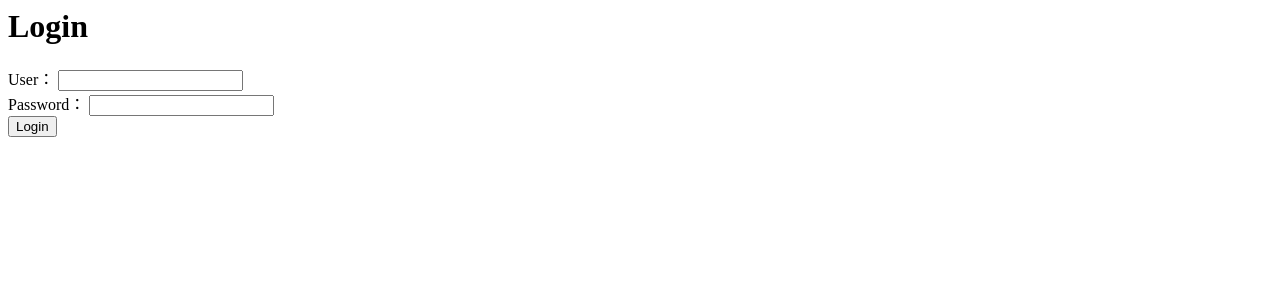
Repository: adamjeffrey871/csc4710
Page: http://localhost/CSC4710Demo/jsps/user/databaseoptions.jsp
The author's editor kept a copy of each file at every save. The page is drawn from the files as they stood at one save, then again after the next save.
The browser window is 1280 px wide. The pictures show the whole page.
The page is served by Tomcat 9.

Above is the page before, as saved 2018-07-01 20:13:44.

After the next save:
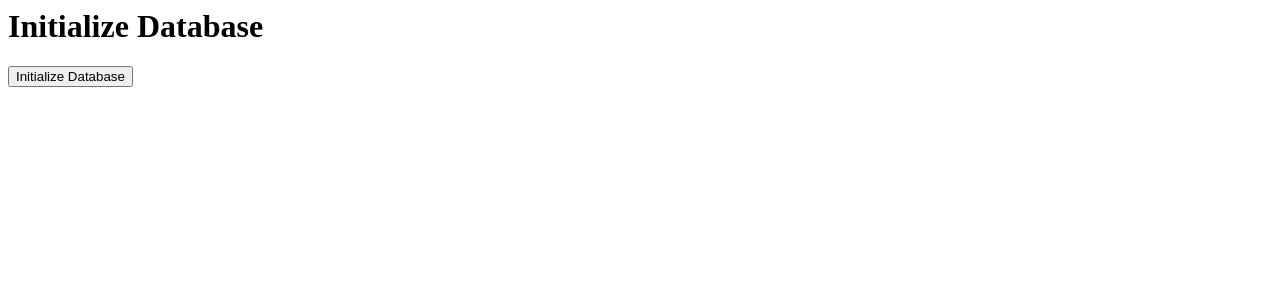
Saved 2 min 10 s later.
--- a/CSC4710Demo/WebContent/jsps/user/databaseoptions.jsp
+++ b/CSC4710Demo/WebContent/jsps/user/databaseoptions.jsp
@@ -21,15 +21,14 @@
   </head>
 
   <body>
-  <h1>Login</h1>
+  <h1>Initialize Database</h1>
 
 
 <p style="color: red; font-weight: 900"> ${msg}</p>
 <form action="<c:url value='/UserServletLogin'/>" method="post">
-	<input type="hidden" name="method" value="login"/>
-		User：	<input type="text" name="username" /><br/>
-	Password：	<input type="password" name="password" /><br/>
-	<input type="submit" value="Login"/>
+
+	<input type="submit" value="Initialize Database"/>
+
 </form>
   </body>
 </html>
